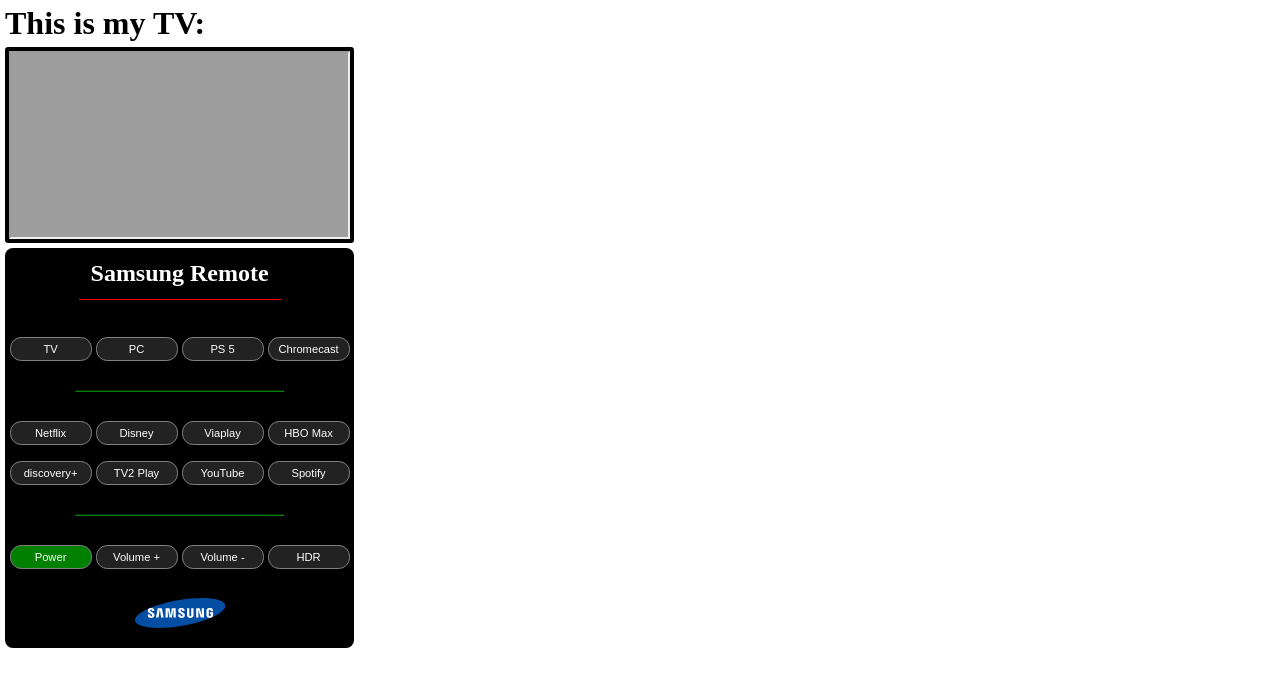
Repository: NoroffFEU/programming-foundations-ca-runeunhjem
Page: index.html
The author's editor kept a copy of each file at every save. The page is drawn from the files as they stood at one save, then again after the next save.
The browser window is 1280 px wide. The pictures show the whole page.
Pictures or frames that could not be fetched are drawn as grey boxes. The style sheet was rebuilt from its Sass, Less or Tailwind sources for each picture, by a compiler version that may differ from the author's.

Above is the page before, as saved 2023-01-13 14:32:38.

After the next save:
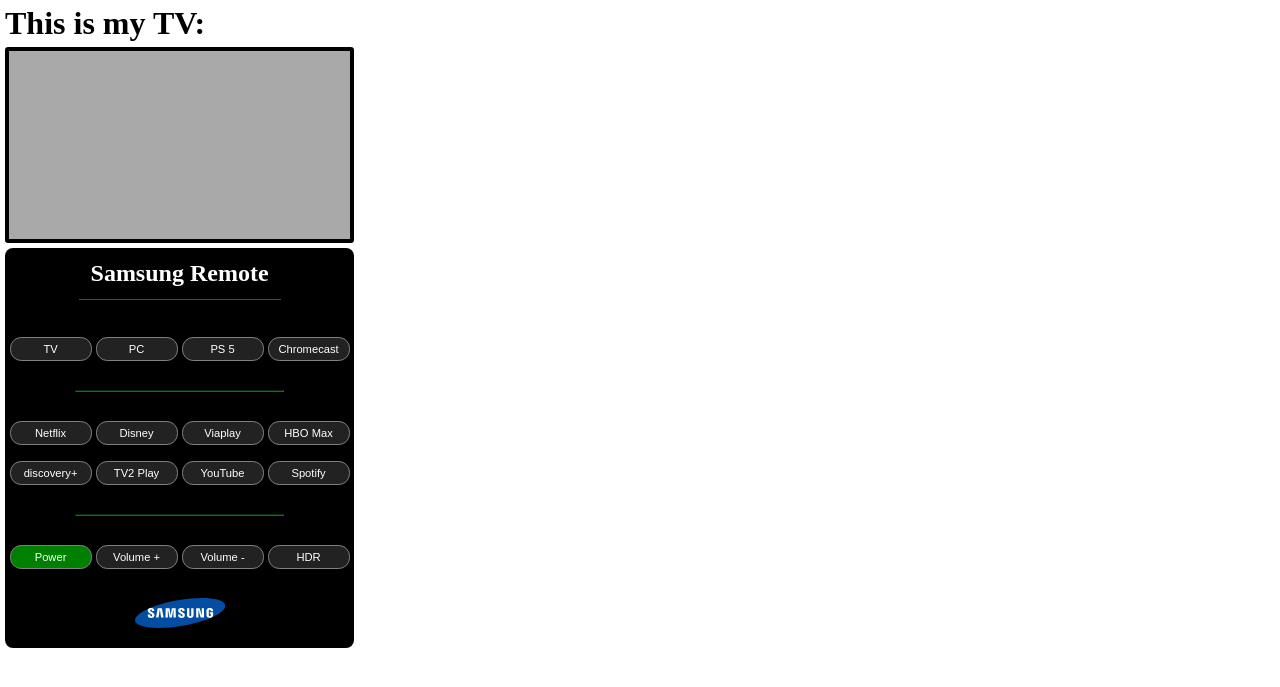
Saved 20 s later.
--- a/index.html
+++ b/index.html
@@ -20,12 +20,12 @@
         <div class="tv__frame">
           <div class="tv__inside">
             <!-- What do you want to watch? -->
-            <iframe id="iframe"
+            <!-- <iframe id="iframe"
                 title="TV Content"
                 width="300"
                 height="200"
                 src="https://www.openstreetmap.org/export/embed.html?bbox=-0.004017949104309083%2C51.47612752641776%2C0.00030577182769775396%2C51.478569861898606&layer=mapnik">
-            </iframe>
+            </iframe> -->
           </div>
         </div>
     </section>
